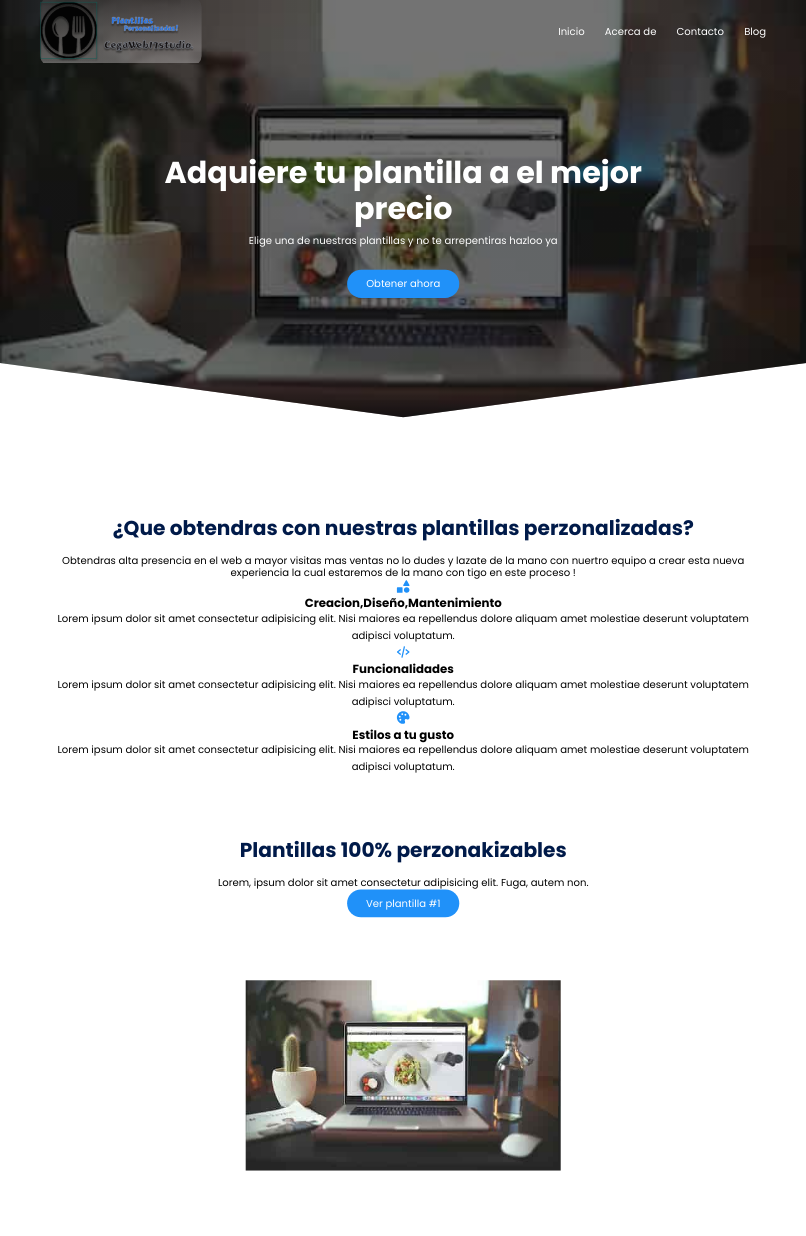
Repository: cega17/una-pagina-web
Page: index.html
These files come from the project's save history. The page is drawn as it stood at one moment and after the next save; the edit follows.
The browser window is 1280 px wide. The pictures show the whole page, at 63% of full size.

Above is the page before, as saved 2023-10-29 20:38:50.

After the next save:
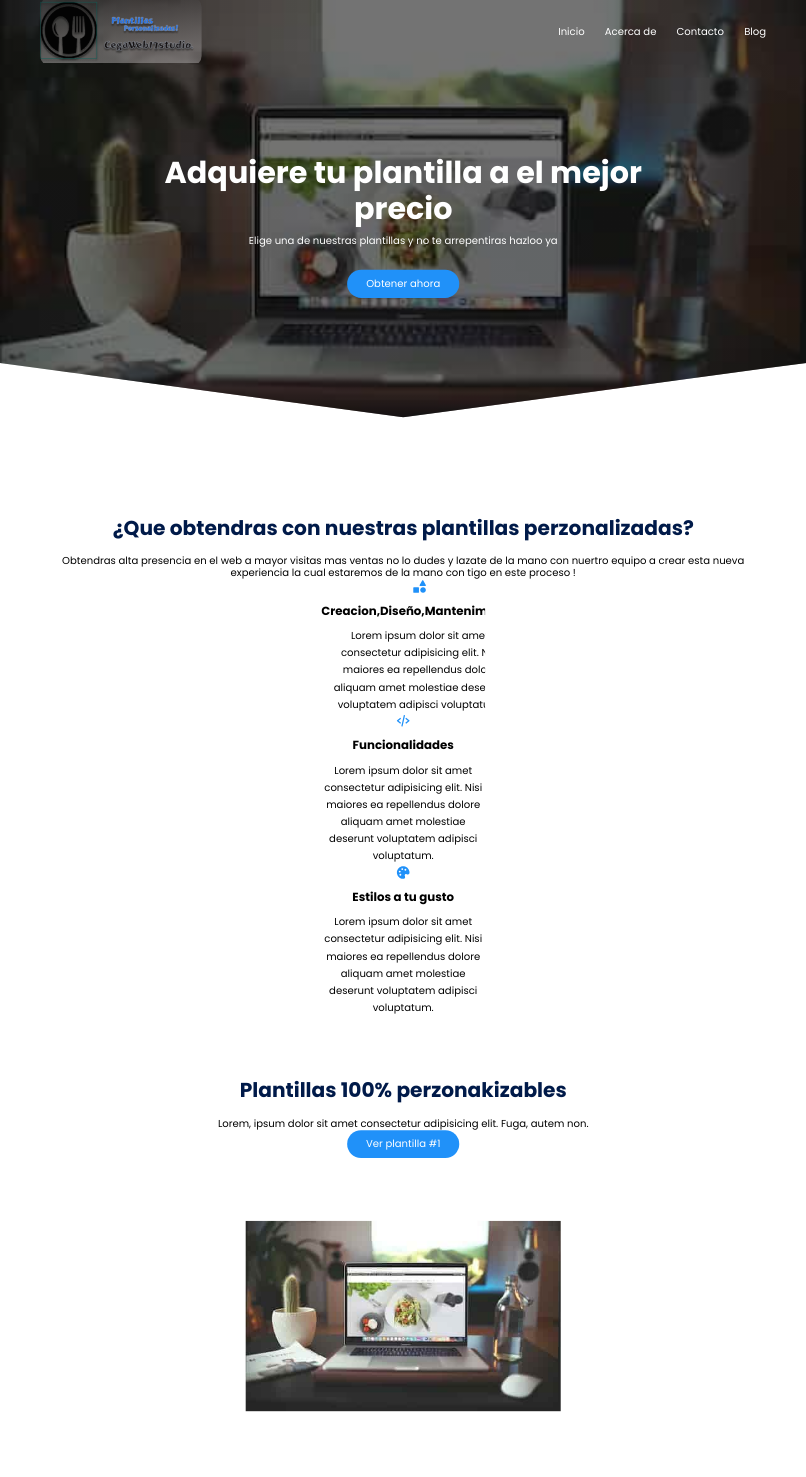
Saved 3 min 53 s later.
--- a/css/styles.css
+++ b/css/styles.css
@@ -132,3 +132,11 @@ body {
 .about__paragrapaph{
     line-height: 1.7;
 }
+.about__icons{
+    display: grid;
+    gap: 1em;
+    justify-items: center;
+    width: 260px;
+    overflow: hidden;
+    margin: 0 auto;
+}
